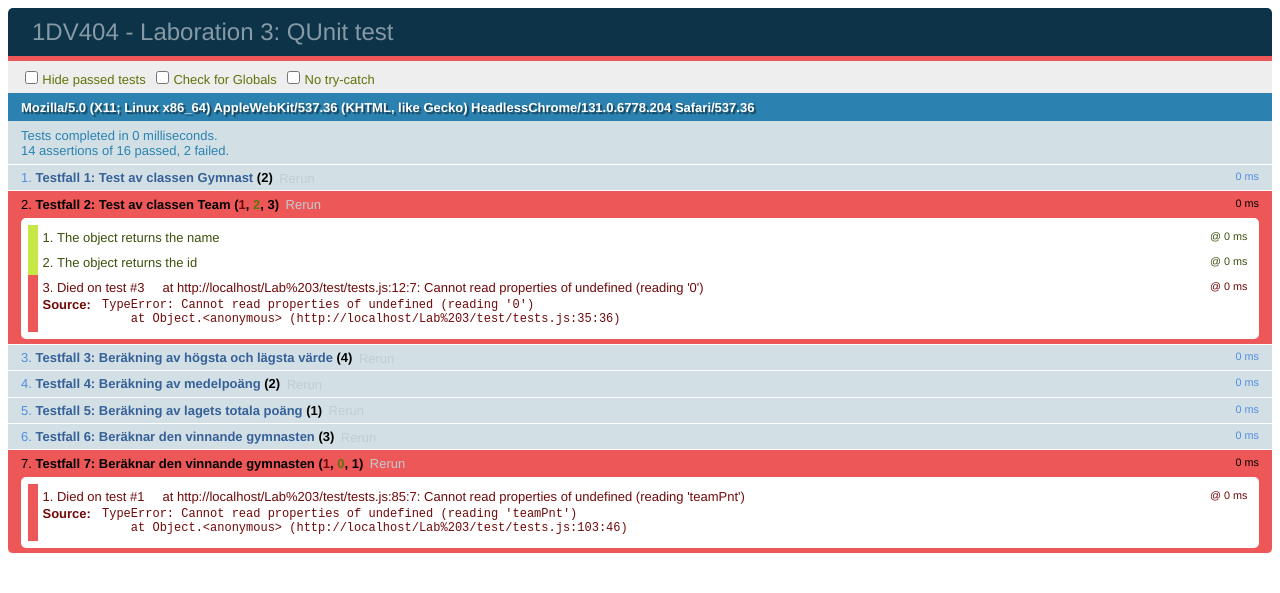
Repository: Holmewi/1dv404-jh222qr-laborationer
Page: Lab 3/test.html
The author's editor kept a record of every edit. The page is drawn from the files as they stood at one moment, then again after the next edit.
The browser window is 1280 px wide. The pictures show the whole page.

Above is the page before.

### Lab 3/test.html
<!DOCTYPE HTML>
<html lang="sv">

<head>
    <meta charset="utf-8" />
    <title>1DV404 - Laboration 3: QUnit test</title>
    <link rel="stylesheet" href="test/qunit-1.16.0.css">
</head>

<body>

<div id="qunit"></div>
<div id="qunit-fixture"></div>

    <script src="test/qunit-1.16.0.js"></script>
    <script src="test/tests.js"></script>
    <script src="js/testclasses.js"></script>
    <script src="js/Gymnast.js"></script>
    <script src="js/Team.js"></script>

</body>
</html>

### Lab 3/test/qunit-1.16.0.css
/*!
 * QUnit 1.16.0
 * http://qunitjs.com/
 *
 * Copyright 2006, 2014 jQuery Foundation and other contributors
 * Released under the MIT license
 * http://jquery.org/license
 *
 * Date: 2014-12-03T16:32Z
 */

/** Font Family and Sizes */

#qunit-tests, #qunit-header, #qunit-banner, #qunit-testrunner-toolbar, #qunit-userAgent, #qunit-testresult {
	font-family: "Helvetica Neue Light", "HelveticaNeue-Light", "Helvetica Neue", Calibri, Helvetica, Arial, sans-serif;
}

#qunit-testrunner-toolbar, #qunit-userAgent, #qunit-testresult, #qunit-tests li { font-size: small; }
#qunit-tests { font-size: smaller; }


/** Resets */

#qunit-tests, #qunit-header, #qunit-banner, #qunit-userAgent, #qunit-testresult, #qunit-modulefilter {
	margin: 0;
	padding: 0;
}


/** Header */

#qunit-header {
	padding: 0.5em 0 0.5em 1em;

	color: #8699A4;
	background-color: #0D3349;

	font-size: 1.5em;
	line-height: 1em;
	font-weight: 400;

	border-radius: 5px 5px 0 0;
}

#qunit-header a {
	text-decoration: none;
	color: #C2CCD1;
}

#qunit-header a:hover,
#qunit-header a:focus {
	color: #FFF;
}

#qunit-testrunner-toolbar label {
	display: inline-block;
	padding: 0 0.5em 0 0.1em;
}

#qunit-banner {
	height: 5px;
}

#qunit-testrunner-toolbar {
	padding: 0.5em 1em 0.5em 1em;
	color: #5E740B;
	background-color: #EEE;
	overflow: hidden;
}

#qunit-userAgent {
	padding: 0.5em 1em 0.5em 1em;
	background-color: #2B81AF;
	color: #FFF;
	text-shadow: rgba(0, 0, 0, 0.5) 2px 2px 1px;
}

#qunit-modulefilter-container {
	float: right;
}

/** Tests: Pass/Fail */

#qunit-tests {
	list-style-position: inside;
}

#qunit-tests li {
	padding: 0.4em 1em 0.4em 1em;
	border-bottom: 1px solid #FFF;
	list-style-position: inside;
}

#qunit-tests > li {
	display: none;
}

#qunit-tests li.pass, #qunit-tests li.running, #qunit-tests li.fail {
	display: list-item;
}

#qunit-tests.hidepass li.pass, #qunit-tests.hidepass li.running  {
	display: none;
}

#qunit-tests li strong {
	cursor: pointer;
}

#qunit-tests li.skipped strong {
	cursor: default;
}

#qunit-tests li a {
	padding: 0.5em;
	color: #C2CCD1;
	text-decoration: none;
}
#qunit-tests li a:hover,
#qunit-tests li a:focus {
	color: #000;
}

#qunit-tests li .runtime {
	float: right;
	font-size: smaller;
}

.qunit-assert-list {
	margin-top: 0.5em;
	padding: 0.5em;

	background-color: #FFF;

	border-radius: 5px;
}

.qunit-collapsed {
	display: none;
}

#qunit-tests table {
	border-collapse: collapse;
	margin-top: 0.2em;
}

#qunit-tests th {
	text-align: right;
	vertical-align: top;
	padding: 0 0.5em 0 0;
}

#qunit-tests td {
	vertical-align: top;
}

#qunit-tests pre {
	margin: 0;
	white-space: pre-wrap;
	word-wrap: break-word;
}

#qunit-tests del {
	background-color: #E0F2BE;
	color: #374E0C;
	text-decoration: none;
}

#qunit-tests ins {
	background-color: #FFCACA;
	color: #500;
	text-decoration: none;
}

/*** Test Counts */

#qunit-tests b.counts                       { color: #000; }
#qunit-tests b.passed                       { color: #5E740B; }
#qunit-tests b.failed                       { color: #710909; }

#qunit-tests li li {
	padding: 5px;
	background-color: #FFF;
	border-bottom: none;
	list-style-position: inside;
}

/*** Passing Styles */

#qunit-tests li li.pass {
	color: #3C510C;
	background-color: #FFF;
	border-left: 10px solid #C6E746;
}

#qunit-tests .pass                          { color: #528CE0; background-color: #D2E0E6; }
#qunit-tests .pass .test-name               { color: #366097; }

#qunit-tests .pass .test-actual,
#qunit-tests .pass .test-expected           { color: #999; }

#qunit-banner.qunit-pass                    { background-color: #C6E746; }

/*** Failing Styles */

#qunit-tests li li.fail {
	color: #710909;
	background-color: #FFF;
	border-left: 10px solid #EE5757;
	white-space: pre;
}

#qunit-tests > li:last-child {
	border-radius: 0 0 5px 5px;
}

#qunit-tests .fail                          { color: #000; background-color: #EE5757; }
#qunit-tests .fail .test-name,
#qunit-tests .fail .module-name             { color: #000; }

#qunit-tests .fail .test-actual             { color: #EE5757; }
#qunit-tests .fail .test-expected           { color: #008000; }

#qunit-banner.qunit-fail                    { background-color: #EE5757; }

/*** Skipped tests */

#qunit-tests .skipped {
	background-color: #EBECE9;
}

#qunit-tests .qunit-skipped-label {
	background-color: #F4FF77;
	display: inline-block;
	font-style: normal;
	color: #366097;
	line-height: 1.8em;
	padding: 0 0.5em;
	margin: -0.4em 0.4em -0.4em 0;
}

/** Result */

#qunit-testresult {
	padding: 0.5em 1em 0.5em 1em;

	color: #2B81AF;
	background-color: #D2E0E6;

	border-bottom: 1px solid #FFF;
}
#qunit-testresult .module-name {
	font-weight: 700;
}

/** Fixture */

#qunit-fixture {
	position: absolute;
	top: -10000px;
	left: -10000px;
	width: 1000px;
	height: 1000px;
}

### Lab 3/test/tests.js
QUnit.test( "Testfall 1: Test av classen Gymnast", function(assert) {
    var gymnast = new Gymnast("Sara Larsson", 203)

    var expected = {
            name: "Sara Larsson",
            id: 203,
        };
    assert.equal(gymnast.getName(), expected.name, "The object returns the name");
    assert.equal(gymnast.getId(), expected.id, "The object returns the id");
});

QUnit.test( "Testfall 2: Test av classen Team", function(assert) {
    var gymnasts = [
		{name: "Erik Svensson", id : 226},
		{name: "Sara Larsson", id : 188},
		{name: "Thomas Björk", id : 197},
		{name: "Jenny Ahl", id : 256},
	];

    var team = new Team("FC Calmare", 26, gymnasts)

    var expected = {
            teamName: "FC Calmare",
            teamId: 26,
            gymnasts: [
        		{name: "Erik Svensson", id : 226},
        		{name: "Sara Larsson", id : 188},
        		{name: "Thomas Björk", id : 197},
        		{name: "Jenny Ahl", id : 256},
        	]
        };

    assert.equal(team.getName(), expected.teamName, "The object returns the name");
    assert.equal(team.getId(), expected.teamId, "The object returns the id");
    assert.equal(team.getGymnasts()[0].name, expected.gymnasts[0].name, "The object returns the gymnast name");
    assert.equal(team.getGymnasts()[0].id, expected.gymnasts[0].id, "The object returns the gymnast id");
});

QUnit.test( "Testfall 3: Beräkning av högsta och lägsta värde", function(assert) {
    var gymnastPnts1 = [2, -1, 4, 8, 5];
    var gymnastPnts2 = [5, 6, 4, 11, 7];
    var gymnastPnts3 = [2, 10, 5, 7, 4];
    var gymnastPnts4 = [2, 10, 5, 7, 4];

    assert.throws(CalculateGymnastMediumPnt(gymnastPnts1), "ERROR! The point is to low");
    assert.throws(CalculateGymnastMediumPnt(gymnastPnts2), "ERROR! The point is to hig");
    assert.equal(CalculateGymnastMediumPnt(gymnastPnts3).minPnt, 2, "The lowerst point is 2.");
    assert.equal(CalculateGymnastMediumPnt(gymnastPnts4).maxPnt, 10, "The highest point is 10.");
});

QUnit.test( "Testfall 4: Beräkning av medelpoäng", function(assert) {
    var gymnastPnts1 = [7, 9, 5, 10, 4];
    var gymnastPnts2 = [7, 10, 9, 10, 6];

    assert.equal(CalculateGymnastMediumPnt(gymnastPnts1).gymnastMediumScore, 7, "The average point is 7.");
    assert.equal(CalculateGymnastMediumPnt(gymnastPnts2).gymnastMediumScore, 8.67, "The average point is 8,67.");
});


QUnit.test( "Testfall 5: Beräkning av lagets totala poäng", function(assert) {
    var gymnasts1 = [
		{name: "Erik Svensson", id : 226, point: 8},
		{name: "Sara Larsson", id : 188, point: 9},
		{name: "Thomas Björk", id : 197, point: 7},
		{name: "Jenny Ahl", id : 256, point: 8}
	];

	assert.equal(CalcTeamPnt(gymnasts1).teamPnt, 32, "The team total point is 32");

});

QUnit.test( "Testfall 6: Beräknar den vinnande gymnasten", function(assert) {
    var gymnasts1 = [
		{name: "Erik Svensson", id : 226, point: 8},
		{name: "Sara Larsson", id : 188, point: 9},
		{name: "Thomas Björk", id : 197, point: 7},
		{name: "Jenny Ahl", id : 256, point: 6}
	];

	assert.equal(CalcTeamPnt(gymnasts1).gold, "Sara Larsson is the winner with 9 points", CalcTeamPnt(gymnasts1).gold);
    assert.equal(CalcTeamPnt(gymnasts1).silver, "Erik Svensson comes second with 8 points", CalcTeamPnt(gymnasts1).silver);
    assert.equal(CalcTeamPnt(gymnasts1).bronze, "Thomas Björk comes third with 7 points", CalcTeamPnt(gymnasts1).bronze);
});

QUnit.test( "Testfall 7: Beräknar den vinnande gymnasten", function(assert) {
    var gymnasts1 = [
		{name: "Erik Svensson", id : 226, point: 8},
		{name: "Sara Larsson", id : 188, point: 9},
		{name: "Thomas Björk", id : 197, point: 7},
		{name: "Jenny Ahl", id : 256, point: 6}
	];

	var gymnasts2 = [
		{name: "Mathila Jonsson", id : 334, point: 6},
		{name: "Jonas Sjöbom", id : 34, point: 4},
		{name: "Elin Dahlkvist", id : 339, point: 8},
		{name: "Tobias Torfeltd", id : 114, point: 7}
	];

	var team1 = new Team("FC Calmare", 26, gymnasts1);
	var team2 = new Team("Nybro IF", 15, gymnasts2);

	console.log(CalcTeamPnt(team1.getGymnasts()).teamPnt);
	console.log(CalcTeamPnt(team2.getGymnasts()).teamPnt);

	assert.equal(CalcTeamPnt(team1.getGymnasts()).teamPnt, 30, team1.getName() + " is the winner with " + CalcTeamPnt(team1.getGymnasts()).teamPnt);
	assert.equal(CalcTeamPnt(team2.getGymnasts()).teamPnt, 25, team2.getName() + " is the loser with " + CalcTeamPnt(team2.getGymnasts()).teamPnt);
});

### Lab 3/js/testclasses.js
function CalculateGymnastMediumPnt(gymnastPnts){

    // gymnastPnts är en array med fem värden som matas in av sekreteraren för varje gren

    try{

        var gymnastAddedScore = 0;
        var gymnastMediumScore = 0;
        var points;

        function sortNumber(a,b) {
            return a - b;
        }

        gymnastPnts.sort(sortNumber);
        gymnastPnts.reverse();
        console.log(gymnastPnts);

        // Sätter maxpoäng och minsta poäng
        var minPnt = gymnastPnts[gymnastPnts.length - 1];
    	var maxPnt = gymnastPnts[0];

        // Tar bort den högsta och lägsta poängen
        gymnastPnts.splice(0, 1);
        gymnastPnts.splice(3, 4);
        console.log(gymnastPnts);

        gymnastAddedScore = gymnastPnts.reduce(function(a,b){return a+b;});
        console.log(gymnastAddedScore);

        gymnastMediumScore = Math.round((gymnastAddedScore / gymnastPnts.length) * 100) / 100;
        console.log("Gymnast Medium Score: " + gymnastMediumScore);

        points = {minPnt : minPnt, maxPnt : maxPnt, gymnastMediumScore : gymnastMediumScore};

        return points;
    }
	catch(error){
		console.log(error.message);
	}
}

function CalcTeamPnt(teamGymnasts){

    // teamGymnasts är en array med samtliga gymnaster i laget


    try{
        var scores = [];
        var points;
        var teamPnt = 0;
        var gold, silver, bronze;

        teamGymnasts.forEach(function(member, index){
			scores[index] = member.point;
			if (member.point < 0) {
			    throw new Error("To low point");
			}
			if (member.point > 10) {
			    throw new Error("To high point");
			}
		});

		function sortNumber(a,b) {
            return a - b;
        }

		scores.sort(sortNumber);

		console.log(scores);

		teamGymnasts.forEach(function(member){

    		if(member.point == scores[scores.length - 1]){
    			gold = member.name + " is the winner with " + member.point + " points";
    		}
    		if(member.point == scores[scores.length - 2]){
    			silver = member.name + " comes second with " + member.point + " points";
    		}
    		if(member.point == scores[scores.length - 3]){
    			bronze = member.name + " comes third with " + member.point + " points";
    		}
    	});

		// Adderar värdena i arrayen
        teamPnt = scores.reduce(function(a,b){return a+b;});
        console.log("Team Added Score: " + teamPnt);

        // Sätter maxpoäng och minsta poäng
        // Här inser jag nyttan med att skicka med en array med gymnast-objekt
        // På så vis kan jag enklare lista vilken gymnast som är bäst
        //var minPnt = teamPnts[teamPnts.length - 1];
    	//var maxPnt = teamPnts[0];

    	console.log(gold);


        points = {teamPnt : teamPnt, gold : gold, silver : silver, bronze : bronze};

        return points;
    }
	catch(error){
		console.log(error.message);
	}
}

### Lab 3/js/Gymnast.js
"use strict";

function Gymnast(name, id){
    var score = 0;

    this.getName = function() { return name; };
    this.setName = function(_name) { name = _name };
    this.getId = function() { return id; };
    this.setId = function(_id) { id = _id };

    this.setName(name);
    this.setId(id);
}

Gymnast.prototype.point = function(mediumScore) {
    console.log(mediumScore);




    this.getScore = function() { return mediumScore; };
    this.setScore = function(_score) { mediumScore = _score };

    this.setScore(mediumScore);


    //return mediumScore;
};

### Lab 3/js/Team.js
"use strict";

function Team(teamName, teamId, amount, gymnasts){

    this.getName = function() { return teamName; };
    this.setName = function(_name) { teamName = _name };
    this.getId = function() { return teamId; };
    this.setId = function(_id) { teamId = _id };
    this.getAmount = function() { return amount };
    this.setAmount = function(_amount) { amount = _amount };
    this.getGymnasts = function() { return gymnasts; };
    this.setGymnasts = function(_gymnasts) { gymnasts = _gymnasts };

    this.setName(teamName);
    this.setId(teamId);
    this.setAmount(amount);
    this.setGymnasts(gymnasts);

    console.log(gymnasts);
}

Team.prototype.teamPnts = function(teamPnt) {
    this.getTeamPnt = function() { return teamPnt; };
    this.setTeamPnt = function(_teamPnt) { teamPnt = _teamPnt };

    this.setTeamPnt(teamPnt);
};

Team.prototype.teamTotalPnts = function(teamAddedPnts) {
    this.getTeamTotalPnts = function() { return teamAddedPnts; };
    this.setTeamTotalPnts = function(_teamAddedPnts) { teamAddedPnts = _teamAddedPnts };

    this.setTeamTotalPnts(teamAddedPnts);
};

Team.prototype.teamLeaguePnts = function(teamTotalPnts) {
    this.getTeamLeaguePnts = function() { return teamTotalPnts; };
    this.setTeamLeaguePnts = function(_teamTotalPnts) { teamTotalPnts = _teamTotalPnts };

    this.setTeamLeaguePnts(teamTotalPnts);
};

Loaded but not shown: Lab 3/test/qunit-1.16.0.js (2819 lines, source omitted)

After the next edit:
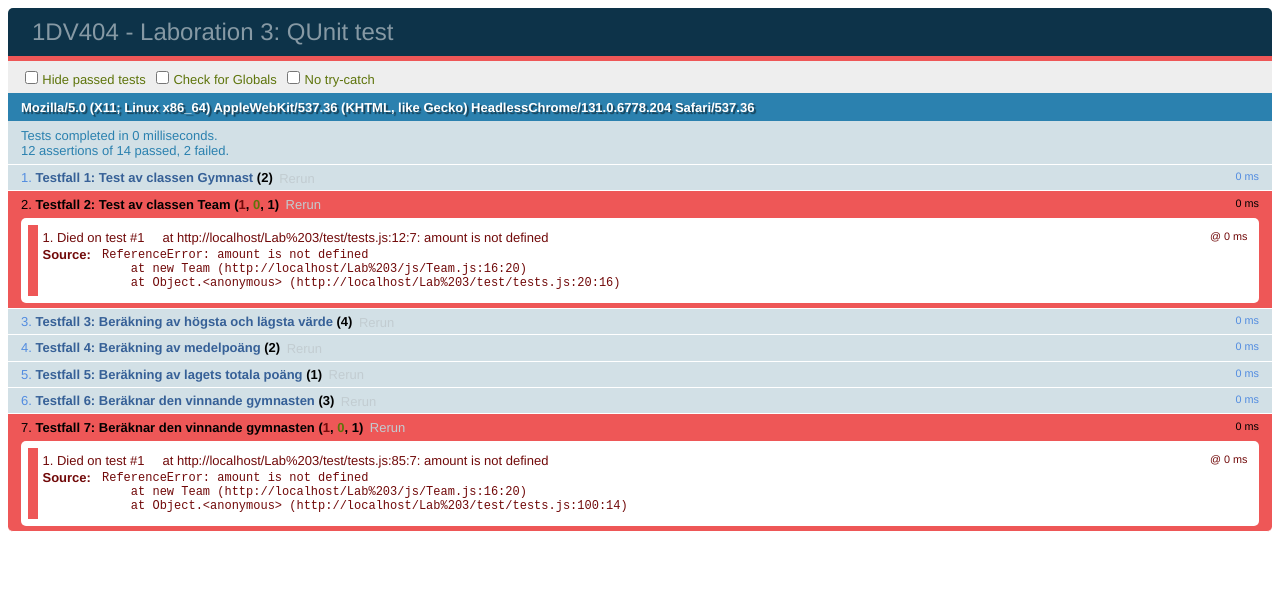
The edit:
--- a/Lab 3/js/Team.js
+++ b/Lab 3/js/Team.js
@@ -1,6 +1,6 @@
 "use strict";
 
-function Team(teamName, teamId, amount, gymnasts){
+function Team(teamName, teamId, gymnasts){
 
     this.getName = function() { return teamName; };
     this.setName = function(_name) { teamName = _name };
